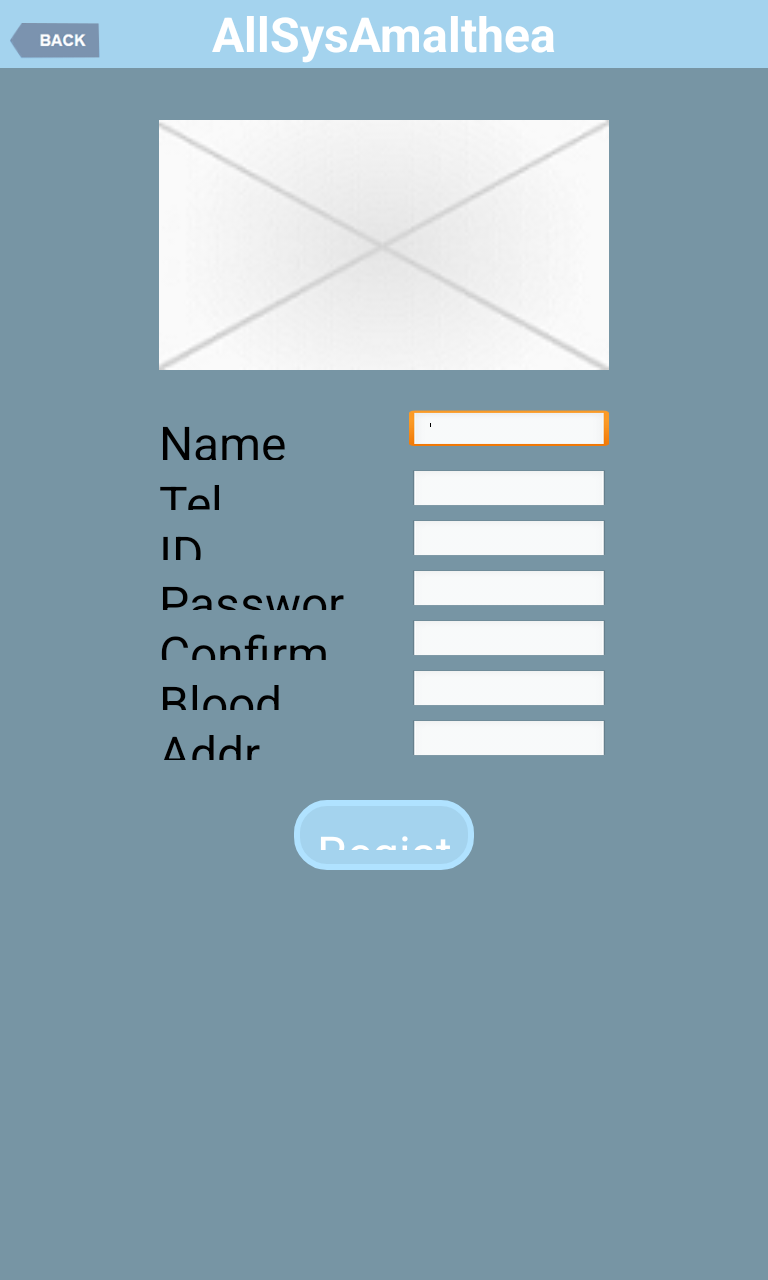
Repository: AllSysAmalthea/AllSys
Layout: APP/AppUI code/代码/Allsys/res/layout/activity_register.xml
These files come from the project's save history. The layout is drawn as it stood at one moment and after a run of saves; the edit follows.
It is drawn on a 768 x 1280 px phone screen (xhdpi) without system bars, with theme android:Theme.NoTitleBar; the app's code is not run.

Above is the layout before, as saved 2015-06-08 02:38:59.

After the next 2 saves:
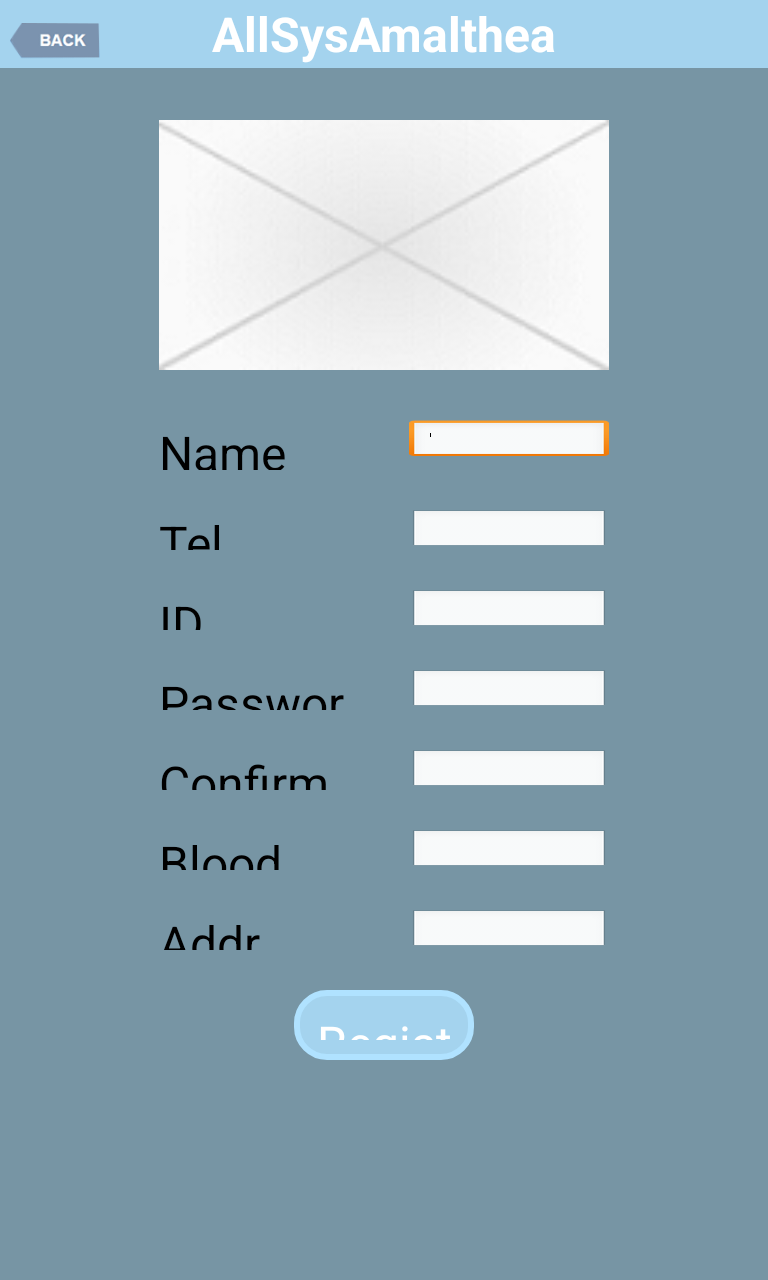
The 2 saves are shown as one change because they came seconds apart.
The last was saved 2 min 4 s later.
--- a/APP/AppUI code/代码/Allsys/res/layout/activity_register.xml
+++ b/APP/AppUI code/代码/Allsys/res/layout/activity_register.xml
@@ -43,7 +43,7 @@
          android:layout_height="50px"
          android:layout_alignLeft="@+id/myImageView1"
          android:layout_below="@+id/myImageView1"
-         android:layout_marginTop="20dp"
+         android:layout_marginTop="25dp"
          android:textColor="#000000"
          android:textSize="24sp"
          android:text="Name" />
@@ -61,17 +61,6 @@
          <requestFocus />
      </EditText>
 
-     <TextView
-         android:id="@+id/textView2"
-         android:layout_width="200px"
-         android:layout_height="40px"
-         android:layout_alignLeft="@+id/textview1"
-         android:layout_below="@+id/textview1"
-         android:layout_marginTop="5dp"
-         android:text="Tel"
-         android:textColor="#000000"
-         android:textSize="24sp"/>
-
      <EditText
          android:id="@+id/Tel"
          android:layout_width="200px"
@@ -87,7 +76,7 @@
          android:layout_height="40px"
          android:layout_alignLeft="@+id/textView2"
          android:layout_below="@+id/textView2"
-         android:layout_marginTop="5dp"
+         android:layout_marginTop="20dp"
          android:text="ID"
          android:textColor="#000000"
          android:textSize="24sp"/>
@@ -107,7 +96,7 @@
          android:layout_height="40px"
          android:layout_alignLeft="@+id/textView3"
          android:layout_below="@+id/textView3"
-         android:layout_marginTop="5dp"
+         android:layout_marginTop="20dp"
          android:text="Password"
          android:textColor="#000000"
          android:textSize="24sp" />
@@ -127,7 +116,7 @@
          android:layout_height="40px"
          android:layout_alignLeft="@+id/textView4"
          android:layout_below="@+id/textView4"
-         android:layout_marginTop="5dp"
+         android:layout_marginTop="20dp"
          android:text="Confirm"
          android:textColor="#000000"
          android:textSize="24sp" />
@@ -147,7 +136,7 @@
          android:layout_height="40px"
          android:layout_alignLeft="@+id/textView5"
          android:layout_below="@+id/textView5"
-         android:layout_marginTop="5dp"
+         android:layout_marginTop="20dp"
          android:text="Blood"
          android:textColor="#000000"
          android:textSize="24sp" />
@@ -166,7 +155,7 @@
          android:layout_height="40px"
          android:layout_alignLeft="@+id/textView6"
          android:layout_below="@+id/textView6"
-          android:layout_marginTop="5dp"
+         android:layout_marginTop="20dp"
          android:text="Addr"
          android:textColor="#000000"
          android:textSize="24sp" />
@@ -200,4 +189,15 @@
 	    android:layout_marginTop="26dp"
 	    android:background="@drawable/news2" />
 
+	<TextView
+	    android:id="@+id/textView2"
+	    android:layout_width="200px"
+	    android:layout_height="40px"
+	    android:layout_alignLeft="@+id/textview1"
+	    android:layout_below="@+id/textview1"
+	    android:layout_marginTop="20dp"
+	    android:text="Tel"
+	    android:textColor="#000000"
+	    android:textSize="24sp" />
+
 </RelativeLayout>
